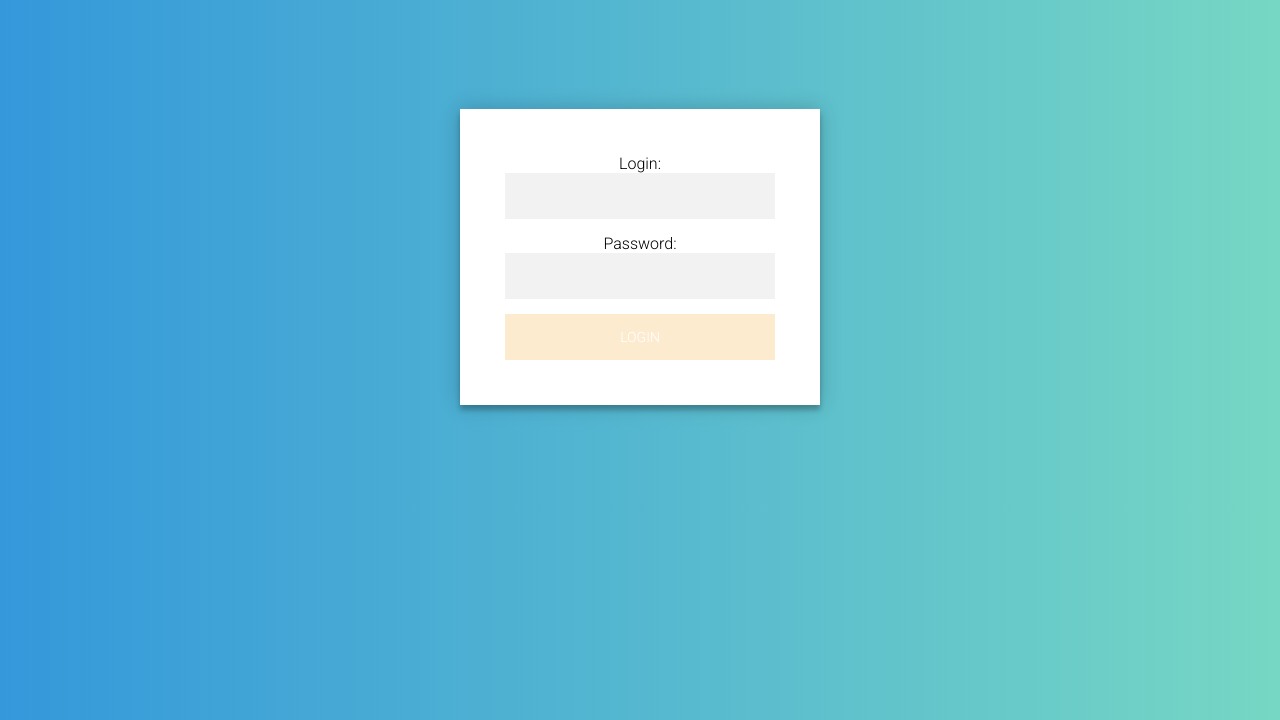
Repository: ViniciusBeletella/project-jsp
Page: http://localhost/project-jsp/
The author's editor kept a copy of each file at every save. The page is drawn from the files as they stood at one save, then again after the next save.
The browser window is 1280 px wide. The pictures show the whole page.
The page is served by Tomcat 9.

Above is the page before, as saved 2019-12-20 13:18:29.

After the next save:
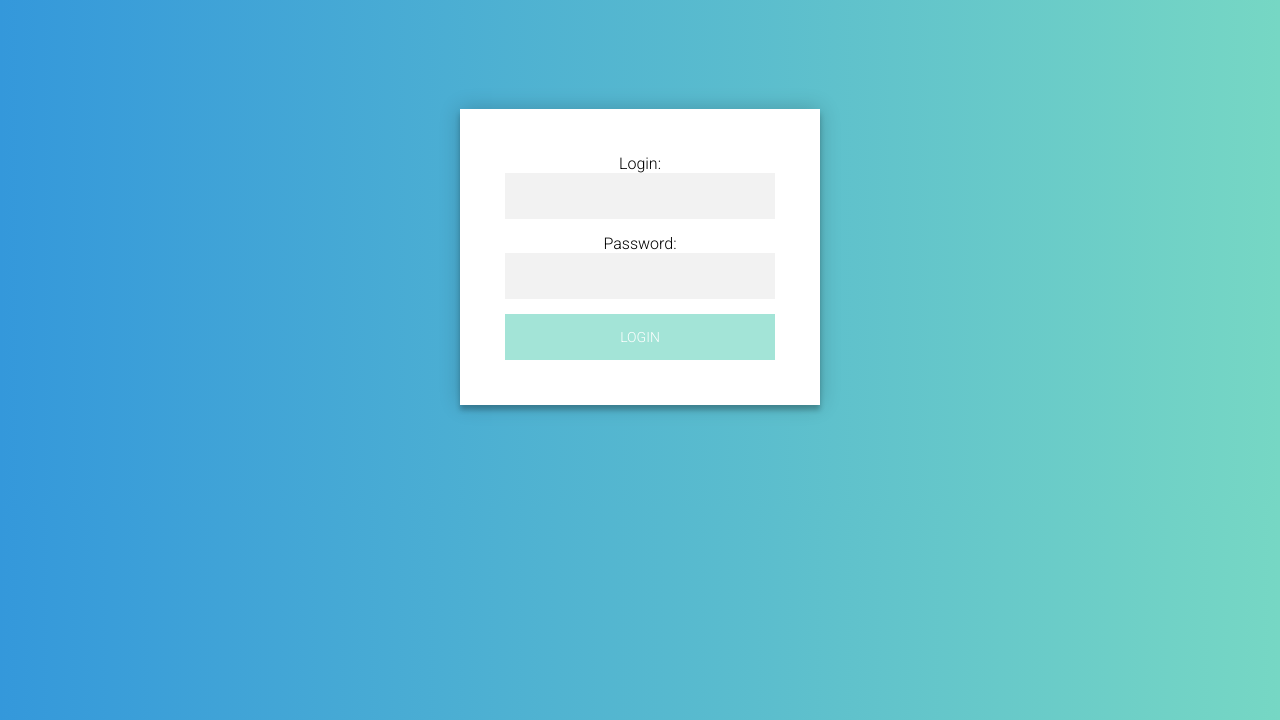
Saved 2 min 5 s later.
--- a/project-jsp/WebContent/resources/css/style.css
+++ b/project-jsp/WebContent/resources/css/style.css
@@ -31,7 +31,7 @@
   font-family: "Roboto", sans-serif;
   text-transform: uppercase;
   outline: 0;
-  background: #FDEBD0;
+  background: #A3E4D7;
   width: 100%;
   border: 0;
   padding: 15px;
